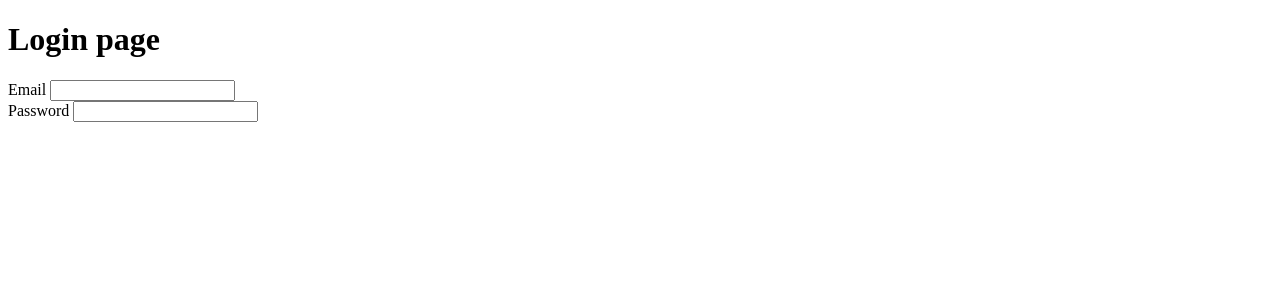
Repository: Nagam-Sirisha/Advance_java
Page: ServletProgramMock/src/main/webapp/Login.html
The author's editor kept a copy of each file at every save. The page is drawn from the files as they stood at one save, then again after the next save.
The browser window is 1280 px wide. The pictures show the whole page.

Above is the page before, as saved 2026-03-07 09:15:39.

After the next save:
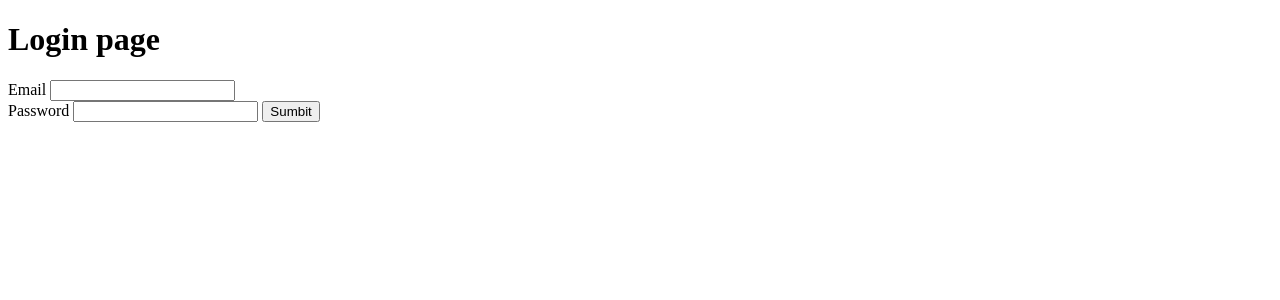
Saved 17 s later.
--- a/ServletProgramMock/src/main/webapp/Login.html
+++ b/ServletProgramMock/src/main/webapp/Login.html
@@ -13,6 +13,7 @@
 <br>
 <label>Password</label>
 <input type="password" name="password">
+<button>Sumbit</button>
 </form>
 </body>
 </html>
